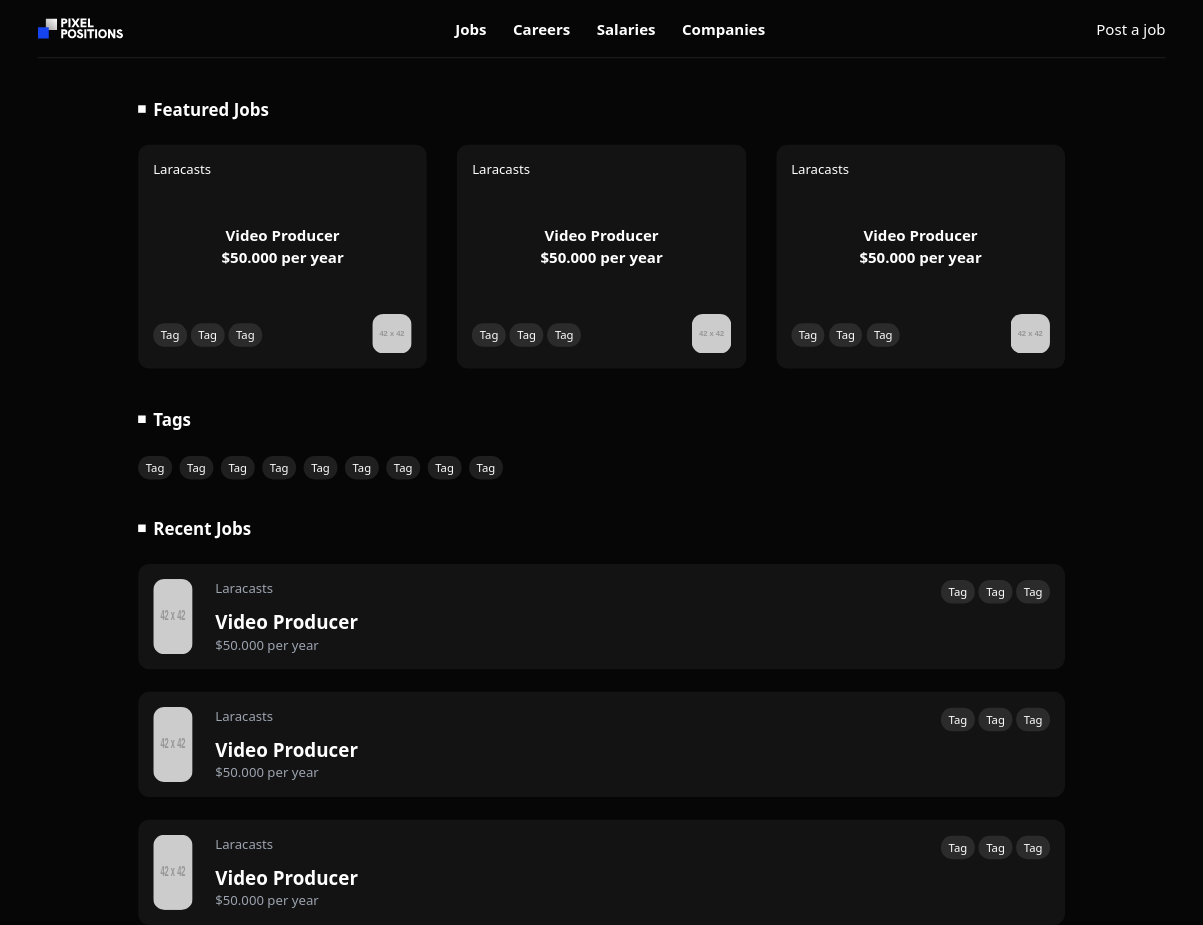
Repository: aggepap/pixel-positions-laravel
Page: http://localhost/
An editor plug-in stored every save of this project. The page is shown before and after the next save, followed by the edit.
The browser window is 1280 px wide. The pictures show the whole page, at 94% of full size.
The page is served by the project's Laravel application, run on PHP 8.4 with Laravel 12. Style sheets and scripts are compiled from the project's sources, by tool versions that may differ from the author's.

Above is the page before, as saved 2025-02-21 21:35:24.

After the next save:
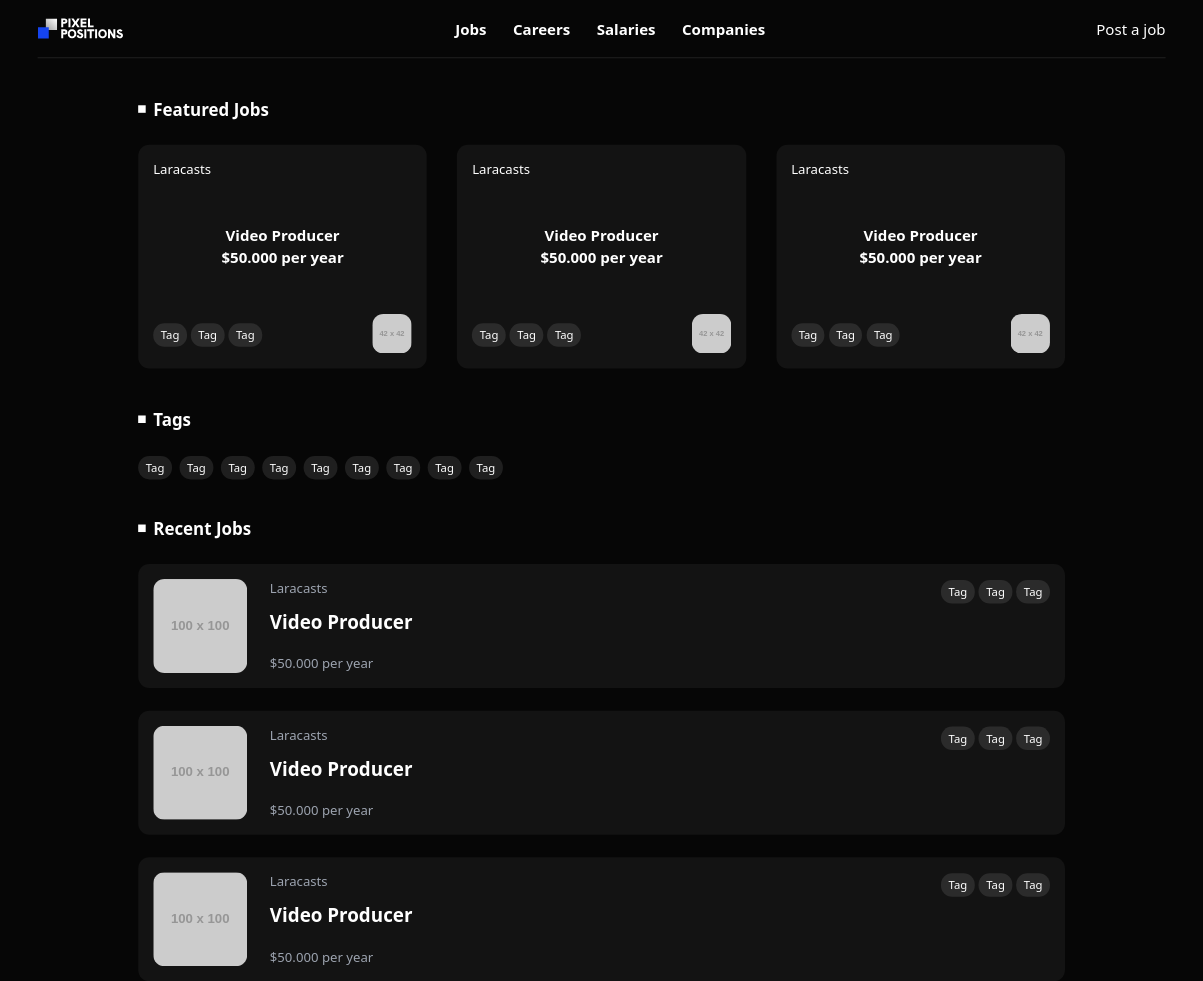
Saved 14 s later.
--- a/resources/views/components/job-card-wide.blade.php
+++ b/resources/views/components/job-card-wide.blade.php
@@ -1,5 +1,5 @@
 <div class=" p-4 bg-white/5 rounded-xl flex gap-x-6">
-  <x-employer-logo :width=42></x-employer-logo>
+  <x-employer-logo :width=100></x-employer-logo>
   <div class="flex-1 flex flex-col justify-between">
 
   <a href="#" class="self-start text-sm text-gray-400">Laracasts</a>
